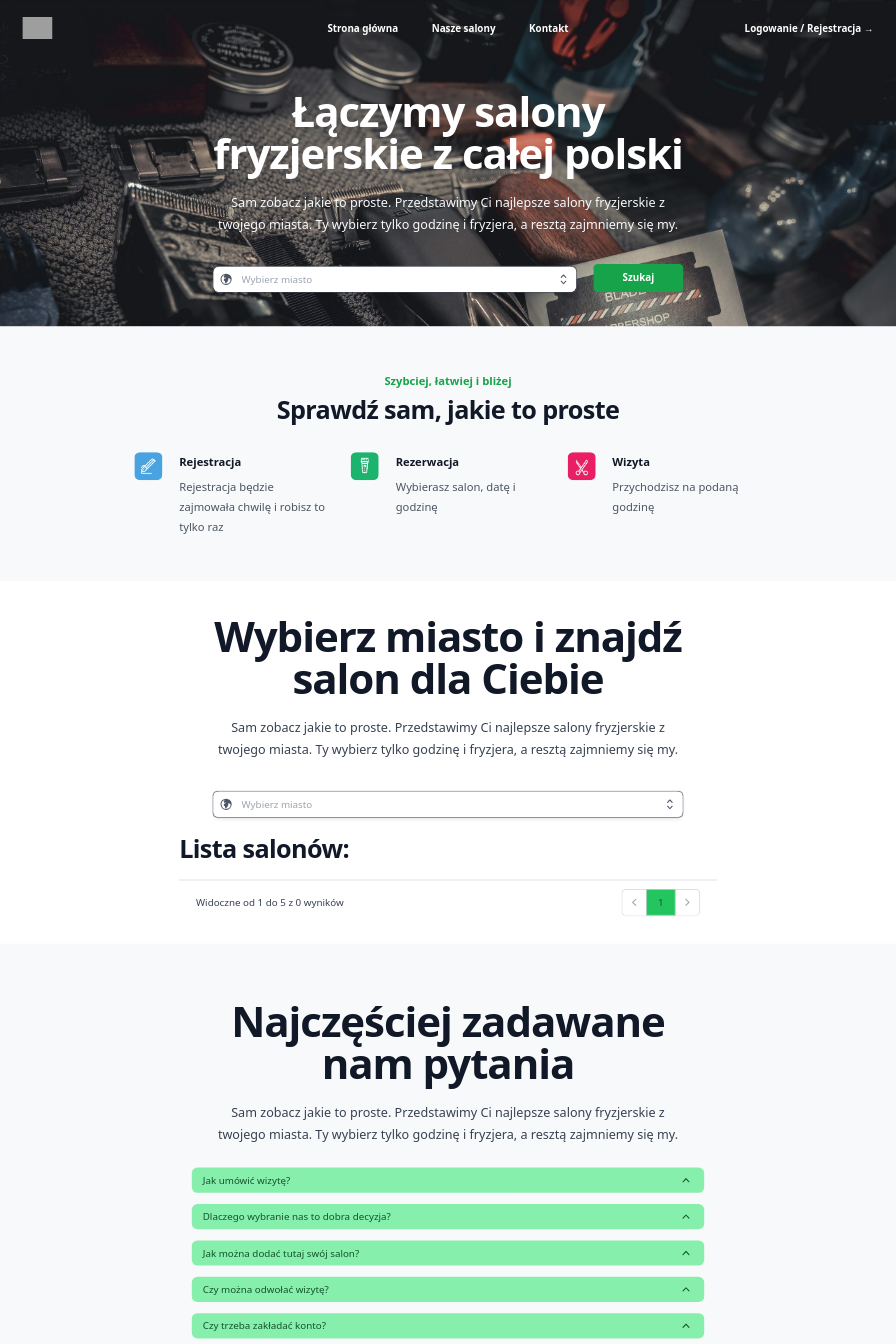
Repository: PrzemyslawJura/my-app
Page: / (app in frontend/)
An editor plug-in stored every save of this project. The page is shown before and after the next save, followed by the edit.
The browser window is 1280 px wide. The pictures show the part of the page from y = 0 to 1920 px (the page is 2697 px tall before and 2761 px after), at 70% of full size.
Pictures or frames that could not be fetched are drawn as grey boxes. The page's requests for data from a server got no answer. The project was rebuilt for these pictures with package versions that can differ from the ones it lists, and the page was loaded fresh each time. No one was signed in, and anything a server would have sent is missing. Also part of the build but not shown: frontend/src/home/Listbox.jsx, frontend/src/home/ListboxTime.jsx, frontend/src/home/StepOne.jsx, frontend/src/home/StepTwo.jsx, frontend/src/home/SalonOffer.jsx, frontend/src/components/Calendar.jsx, frontend/src/components/Tabs.jsx, frontend/src/biznes/CalendarOfWork.jsx and 17 more.

Above is the page before, as saved 2023-11-26 21:23:30.

### frontend/src/index.css
@tailwind base;
html {
  scroll-behavior: smooth;
}

@tailwind components;
@tailwind utilities;

### frontend/src/core/App.jsx
import BrowserRoutes from "./BrowserRoutes"
import FooterWithLogo from "./Footer"
import NavbarBiznes from "./NavbarBiznes";
import NavbarHome from "./NavbarHome";



export default function App() {
  let navigationBar = <NavbarHome/>
  function userIsLogin(user)
  {
    if (user == true) navigationBar = <NavbarBiznes/>
    else navigationBar = <NavbarHome/>
  }
  return (
    <>
      {userIsLogin(false)}
      {navigationBar}
      <BrowserRoutes/>
      <FooterWithLogo/>
    </>
  )
}

### frontend/src/core/BrowserRoutes.jsx
import Home from "../home/Home"
import CalendarOfWork from "../biznes/CalendarOfWork"
import SalonPage from "../biznes/SalonPage"
import Workers from "../biznes/Workers"
import { Route, Routes } from "react-router-dom"

export default function BrowserRoutes() {
  return (
      <Routes>
        <Route path="/" element={<Home/>}/>
        <Route path="/stronasalonu" element={<SalonPage/>}/>
        <Route path="/pracownicy" element={<Workers/>}/>
        <Route path="/kalendarz" element={<CalendarOfWork/>}/>
      </Routes>
  )
}

### frontend/src/core/Footer.jsx
import { Typography } from "@material-tailwind/react";

export default function FooterWithLogo() {
  return (
    <footer id="footer" className="w-full p-8 bg-slate-100">
      <div className="flex flex-row flex-wrap items-center justify-center gap-y-6 gap-x-12 text-center md:justify-between">
      <img
        className="h-8 w-auto"
        src="https://tailwindui.com/img/logos/mark.svg?color=green&shade=600"
        alt=""
      />
        <ul className="flex flex-wrap items-center gap-y-2 gap-x-8">
          <li>
            <Typography
              as="a"
              href="#"
              color="blue-gray"
              className="font-normal transition-colors hover:text-blue-500 focus:text-blue-500"
            >
              About Us
            </Typography>
          </li>
          <li>
            <Typography
              as="a"
              href="#"
              color="blue-gray"
              className="font-normal transition-colors hover:text-blue-500 focus:text-blue-500"
            >
              License
            </Typography>
          </li>
          <li>
            <Typography
              as="a"
              href="#"
              color="blue-gray"
              className="font-normal transition-colors hover:text-blue-500 focus:text-blue-500"
            >
              Contribute
            </Typography>
          </li>
          <li>
            <Typography
              as="a"
              href="#"
              color="blue-gray"
              className="font-normal transition-colors hover:text-blue-500 focus:text-blue-500"
            >
              Contact Us
            </Typography>
          </li>
        </ul>
      </div>
      <hr className="my-8 border-blue-gray-50" />
      <Typography color="blue-gray" className="text-center font-normal">
        &copy; 2023 Material Tailwind
      </Typography>
    </footer>
  );
}

### frontend/src/core/NavbarHome.jsx
import { useState } from 'react'
import { Dialog } from '@headlessui/react'
import { Bars3Icon, XMarkIcon } from '@heroicons/react/24/outline'
import Login from '../home/Login'
import ForgetPass from '../home/ForgetPass'
import SigninChose from '../home/SigninChose'
import SigninPerson from '../home/SigninPerson'
import SigninBiznes from '../home/Signinbiznes'


const navigation = [
    { name: 'Strona główna', href: '#' },
    { name: 'Nasze salony', href: '#salons' },
    { name: 'Kontakt', href: '#footer' }
  ]

export default function NavbarHome() {
    const [mobileMenuOpen, setMobileMenuOpen] = useState(false)
    const [isShown, setIsShown] = useState(0);

    return (
<header className="absolute inset-x-0 top-0 z-50">
<nav className="flex items-center justify-between p-6 lg:px-8" aria-label="Global">
  <div className="flex lg:flex-1">
    <a href="#" className="-m-1.5 p-1.5">
      <span className="sr-only">Logo</span>
      <img
        className="h-8 w-auto"
        src="https://tailwindui.com/img/logos/mark.svg?color=green&shade=600"
        alt=""
      />
    </a>
  </div>
  <div className="flex lg:hidden">
    <button
      type="button"
      className="-m-2.5 inline-flex items-center justify-center rounded-md p-2.5 text-white"
      onClick={() => setMobileMenuOpen(true)}
    >
      <span className="sr-only">Otwórz pasek menu</span>
      <Bars3Icon className="h-6 w-6" aria-hidden="true" />
    </button>
  </div>
  <div className="hidden lg:flex lg:gap-x-12">
    {navigation.map((item) => (
      <a key={item.name} href={item.href} className="text-sm font-bold leading-6 text-white">
        {item.name}
      </a>
    ))}
  </div>
  <div onClick={() => setIsShown(1)} className="hidden lg:flex lg:flex-1 lg:justify-end">
    <a className="cursor-pointer text-sm font-bold leading-6 text-white">
      Logowanie / Rejestracja <span aria-hidden="true">&rarr;</span>
    </a>
  </div>
</nav>
<Dialog as="div" className="lg:hidden" open={mobileMenuOpen} onClose={setMobileMenuOpen}>
  <div className="fixed inset-0 z-50" />
  <Dialog.Panel className="fixed inset-y-0 right-0 z-50 w-full overflow-y-auto bg-white px-6 py-6 sm:max-w-sm sm:ring-1 sm:ring-gray-900/10">
    <div className="flex items-center justify-between">
      <a href="#" className="-m-1.5 p-1.5">
        <span className="sr-only">Logo</span>
        <img
          className="h-8 w-auto"
          src="https://tailwindui.com/img/logos/mark.svg?color=indigo&shade=600"
          alt=""
        />
      </a>
      <button
        type="button"
        className="-m-2.5 rounded-md p-2.5 text-gray-700"
        onClick={() => setMobileMenuOpen(false)}
      >
        <span className="sr-only">Zamknij menu</span>
        <XMarkIcon className="h-6 w-6" aria-hidden="true" />
      </button>
    </div>
    <div className="mt-6 flow-root">
      <div className="-my-6 divide-y divide-gray-500/10">
        <div className="space-y-2 py-6">
          {navigation.map((item) => (
            <a
              key={item.name}
              href={item.href}
              className="-mx-3 block rounded-lg px-3 py-2 text-base font-semibold leading-7 text-gray-900 hover:bg-gray-50"
            >
              {item.name}
            </a>
          ))}
        </div>
        <div className="py-6">
          <a
            className="-mx-3 block rounded-lg px-3 py-2.5 text-base font-semibold leading-7 text-gray-900 hover:bg-gray-50"
          >
            Logowanie / Rejestracja
          </a>
        </div>
      </div>
    </div>
  </Dialog.Panel>
</Dialog>


{isShown == 1 && <Login setIsShown={setIsShown} />}
{isShown == 2 && <ForgetPass setIsShown={setIsShown} />}
{isShown == 3 && <SigninChose setIsShown={setIsShown} />}
{isShown == 4 && <SigninPerson setIsShown={setIsShown} />}
{isShown == 5 && <SigninBiznes setIsShown={setIsShown} />}

</header>
    )}

### frontend/src/home/Home.jsx
import Location from '../components/Location'
import Feature from './Feature'
import ListOfSalons from './ListOfSalons'
import Faq from './Faq'
import Stats from './Stats'
import MainButton from '../shared_np_buttony_inputy_kalendarze_itp/MainButton'
import TitleAndParagraph from '../shared_np_buttony_inputy_kalendarze_itp/TitleAndParagraph'
import { useState } from 'react'

const mainTitle = 'Łączymy salony fryzjerskie z całej polski';
const mainParagraph = 'Sam zobacz jakie to proste. Przedstawimy Ci najlepsze salony fryzjerskie z twojego miasta. Ty wybierz tylko godzinę i fryzjera, a resztą zajmniemy się my.';
const searchTitle = 'Wybierz miasto i znajdź salon dla Ciebie';
const searchParagraph = 'Sam zobacz jakie to proste. Przedstawimy Ci najlepsze salony fryzjerskie z twojego miasta. Ty wybierz tylko godzinę i fryzjera, a resztą zajmniemy się my.';


export default function Home() {
  const [search, setSearch] = useState("");
  return (
    <>
      <div className='min-h-screen bg-bgGray'>
        <div className="relative isolate bg-main-image bg-cover">
          <div className="mx-auto max-w-2xl pt-20 lg:pt-32 pb-12 text-center">
            <TitleAndParagraph title = {mainTitle} paragraph={mainParagraph} h1Color="text-white" pColor="text-slate-50"/>
            <div className="mt-10 flex items-center justify-center gap-x-6">
              <Location setSearch={setSearch} search={search}></Location>
              <a href="#salons">
                <MainButton text="Szukaj"/>
              </a>
            </div>
          </div>
        </div>
        <Feature></Feature>
      </div>

      <div id="salons" className="mx-auto max-w-2xl pt-10 lg:pt-12 pb-4 text-center">
        <TitleAndParagraph title = {searchTitle} paragraph={searchParagraph} h1Color="text-gray-900" pColor="text-gray-700"/>
        <div className="mt-10 flex items-center justify-center gap-x-6">
          <Location setSearch={setSearch}  search={search}></Location>
          {/*<MainButton text="Szukaj"/>*/}
        </div>
      </div>

      <div className='w:4/5 lg:w-3/5 m-auto'>
        <ListOfSalons search={search}/>
      </div>

      <Faq></Faq>
      <Stats></Stats>
    </>
  )
}

### frontend/src/home/Feature.jsx
import stepone from '../assets/stepone.jpg'
import steptwo from '../assets/steptwo.jpg'
import stepthree from '../assets/stepthree.jpg'

const features = [


  {
    name: 'Rejestracja',
    description:
      'Rejestracja będzie zajmowała chwilę i robisz to tylko raz',
    icon: stepone,
  },
  {
    name: 'Rezerwacja',
    description:
      'Wybierasz salon, datę i godzinę',
    icon: steptwo,
  },
  {
    name: 'Wizyta',
    description:
      'Przychodzisz na podaną godzinę',
    icon: stepthree,
  },
]

export default function Feature() {
  return (
    <div className="py-8 lg:py-16">
      <div className="mx-auto max-w-7xl px-6 lg:px-8">
        <div className="mx-auto max-w-xl lg:text-center">
          <h2 className="text-base font-semibold leading-7 text-green-600">Szybciej, łatwiej i bliżej</h2>
          <p className="mt-2 text-3xl font-bold tracking-tight text-gray-900 sm:text-4xl">
            Sprawdź sam, jakie to proste
          </p>
        </div>
        <div className="mx-auto mt-10 max-w-2xl lg:max-w-4xl">
          <dl className="grid max-w-2xl grid-cols-1 gap-x-8 gap-y-10 lg:max-w-none lg:grid-cols-3 lg:gap-y-16">
            {features.map((feature) => (
              <div key={feature.name} className="relative pl-16">
                <dt className="text-base font-semibold leading-7 text-gray-900">
                  <div className="absolute left-0 top-0 flex h-10 w-10 items-center justify-center  ">
                      <img className='rounded-lg h-10 w-10' src={feature.icon}></img>
                  </div>
                  {feature.name}
                </dt>
                <dd className="mt-2 text-base leading-7 text-gray-600">{feature.description}</dd>
              </div>
            ))}
          </dl>
        </div>
      </div>
    </div>
  )
}

### frontend/src/home/ListOfSalons.jsx
import Pagination from './Pagination';
import SalonOffer from './SalonOffer';
import { useEffect, useState } from 'react';



  export default function ListOfSalons({search}) {
    const [result, setResolut] = useState(()=> {return 0});
    const [salons, setSalons] = useState([]);
    const [page, setPage] = useState(1);
    useEffect(() => {
      if (search == "")
      {
        setResolut(salons.length)
      }
      else
      {
        console.log(search)
        setResolut((salons.filter(item=>item.address.city.cityName.includes(search.cityName)).length))
      }

      console.log(result)
    })
    const searchCity = ()=>
    {
        if (search == "")
        {
          console.log(salons.filter(item=>item.address.city.cityName.includes("")));
          return salons.filter(item=>item.address.city.cityName.includes(""))
        }
        console.log("page"+page);
        return salons.filter(item=>item.address.city.cityName.includes(search.cityName));
    }

    useEffect(() => {
      fetch('https://localhost:7230/Salons')
        .then((res) => res.json())
        .then((result) => {
          setSalons(result);
          console.log(result)
        });
    }, [])

    return (
      <>
        <div className="flex items-baseline justify-between border-b border-gray-200 pb-6">
          <h1 className="text-4xl font-bold tracking-tight text-gray-900 mt-2">Lista salonów:</h1>
            <div className="flex items-center">
             {/* <Dropdown title="Sortuj" options={sortOptions}/>*/}
            </div>
        </div>
        <ul role="list" className="divide-y divide-gray-100">
          {searchCity(salons).slice(5*page-5,5*page).map((person) => (
            <li key={person.id} className="flex justify-between gap-x-6 py-5">
              <SalonOffer person={person}/>
            </li>
          ))}
        </ul>
        <Pagination result={result} setPage={setPage} page={page}></Pagination>
        {console.log("page"+page)}
      </>
    )
  }

### frontend/src/home/Faq.jsx
import { Disclosure } from '@headlessui/react'
import { ChevronUpIcon } from '@heroicons/react/20/solid'

const questions = [
    {
        question: "Jak umówić wizytę?",
        answer: "To takie proste",
    },
    {
        question: "Dlaczego wybranie nas to dobra decyzja?",
        answer: "To takie prost",
    },
    {
        question: "Jak można dodać tutaj swój salon?",
        answer: "To takie prost",
    },
    {
        question: "Czy można odwołać wizytę?",
        answer: "To takie prost",
    },
    {
        question: "Czy trzeba zakładać konto?",
        answer: "To takie prost",
    },
    {
        question: "Czy trzeba coś dodatkowo płacić za korzystanie z aplkacji?",
        answer: "To takie prost",
    },
]

export default function Faq() {
  return (
    <div className="w-full px-4 pt-6 pb-12 bg-bgGray">
      <div className="mx-auto w-3/5 rounded-2xl p-2">

      <div className="mx-auto max-w-2xl pt-10 lg:pt-12 pb-4">
          <div className="text-center">
            <h1 className="text-4xl font-bold tracking-tight text-gray-900 sm:text-6xl">
              Najczęściej zadawane nam pytania
            </h1>
            <p className="mt-6 text-lg leading-8 text-gray-700">
              Sam zobacz jakie to proste. Przedstawimy Ci najlepsze salony fryzjerskie z twojego miasta.
              Ty wybierz tylko godzinę i fryzjera, a resztą zajmniemy się my.
            </p>
            </div>
        </div>


        {questions.map((q) =>(
            <Disclosure>
            {({ open }) => (
                <>
                <Disclosure.Button className="my-4 flex w-full justify-between rounded-lg bg-green-300 px-4 py-2 text-left text-sm font-medium text-green-900 hover:bg-green-400 focus:outline-none focus-visible:ring focus-visible:ring-green-500 focus-visible:ring-opacity-75">
                    <span>{q.question}</span>
                    <ChevronUpIcon
                    className={`${
                        open ? 'rotate-180 transform' : ''
                    } h-5 w-5 text-grren-500`}
                    />
                </Disclosure.Button>
                <Disclosure.Panel className="px-4 pt-4 pb-2 text-sm text-gray-600">
                    {q.answer}
                </Disclosure.Panel>
                </>
            )}
            </Disclosure>
        ))}
      </div>
    </div>
  )
}

### frontend/src/home/Stats.jsx
const stats = [


    { id: 1, name: 'Liczba salonów w Polsce', value: '44 million' },
    { id: 2, name: 'Liczba umówionych wizyt', value: '119 trillion' },
    { id: 3, name: 'Nowych użytkowników', value: '46,000' },
  ]

  export default function Stats() {
    return (
      <div className="bg-white py-20">

        <div className="mx-auto max-w-2xl pb-4">
          <div className="text-center">
            <h1 className="text-4xl font-bold tracking-tight text-gray-900 sm:text-6xl">
              Możemy pochwalić się takimi statystykami
            </h1>
            <p className="mt-6 text-lg leading-8 text-gray-700">
              Sam zobacz jakie to proste. Przedstawimy Ci najlepsze salony fryzjerskie z twojego miasta.
              Ty wybierz tylko godzinę i fryzjera, a resztą zajmniemy się my.
            </p>
            </div>
        </div>

        <div className="mx-auto max-w-7xl px-6 lg:px-8">
          <dl className="grid grid-cols-1 gap-x-8 gap-y-16 text-center lg:grid-cols-3">
            {stats.map((stat) => (
              <div key={stat.id} className="mx-auto flex max-w-xs flex-col gap-y-4">
                <dt className="text-base leading-7 text-gray-600">{stat.name}</dt>
                <dd className="order-first text-3xl font-semibold tracking-tight text-gray-900 sm:text-5xl">
                  {stat.value}
                </dd>
              </div>
            ))}
          </dl>
        </div>
      </div>
    )
  }

### frontend/src/shared_np_buttony_inputy_kalendarze_itp/MainButton.jsx
export default function MainButton({text}) {
    return (
        <button
        type="submit"
        className="w-20 sm:w-32 flex-none rounded-md bg-green-600 px-3.5 py-2.5 text-sm font-semibold max-h-10 my-auto
                   text-white shadow-sm hover:bg-green-400 focus-visible:outline focus-visible:outline-2
                   focus-visible:outline-offset-2 focus-visible:outline-indigo-500"
        >
        {text}
        </button>
    )}

### frontend/src/shared_np_buttony_inputy_kalendarze_itp/TitleAndParagraph.jsx
export default function TitleAndParagraph({title, paragraph, h1Color, pColor}) {
    return (
        <>
            <h1 className={"text-4xl font-bold tracking-tight sm:text-6xl " + h1Color}>
                {title}
            </h1>
            <p className={"mt-6 text-lg leading-8 " + pColor}>
                {paragraph}
            </p>
        </>
    )}

### frontend/src/home/Pagination.jsx
import { ChevronLeftIcon, ChevronRightIcon } from '@heroicons/react/20/solid'
import PaginationTile from '../shared_np_buttony_inputy_kalendarze_itp/PaginationTile'
import { useState } from 'react'

export default function Pagination({result, setPage, page}) {
  const [ count, setCount ] =useState([])
  function paginationCount(result)
  {
    result=(result+5)/5
    for (let x = 1; x <= result; x++)
    {
      count.push(x)
      console.log(x)
    }
  }

  function paginationCountRemover(result)
  {
    result=(result+5)/5
    for (let x = 1; x <= result; x++)
    {
      count.pop(x)
    }
  }

  return (
    <div className="flex items-center justify-between border-t border-gray-200 bg-white px-4 pt-3 pb-10 sm:px-6">
      {paginationCount(result)}
      <div className="flex flex-1 justify-between sm:hidden">
        <PaginationTile title="Poprzednie" rounded="rounded-md"/>
        <PaginationTile title="Następny" rounded="rounded-md"/>
      </div>
      <div className="hidden sm:flex sm:flex-1 sm:items-center sm:justify-between">
        <div>
          <p className="text-sm text-gray-700">
            Widoczne od <span className="font-medium">1</span> do <span className="font-medium">5</span> z{' '}
            <span className="font-medium">{result}</span> wyników
          </p>
        </div>
        <nav className=" inline-flex -space-x-px rounded-md shadow-sm" aria-label="Pagination">
            <a
              onClick={page > 1 ? () => setPage((prev)=>prev-1) : () => setPage(1)}
              className="inline-flex items-center rounded-l-md px-2 py-2 text-gray-400 ring-1 ring-inset ring-gray-300 hover:bg-gray-100 focus:z-20 focus:outline-offset-0"
            >
              <span className="sr-only">Poprzedni</span>
              <ChevronLeftIcon className="h-5 w-5" aria-hidden="true" />
            </a>
            {count.map((item) =>(
              <PaginationTile title={item} rounded="" setPage={setPage} page={page}/>
            ))}

            <a
              onClick={page < count.length ? () => setPage((prev)=>prev+1) : console.log()}
              className="inline-flex items-center rounded-r-md px-2 py-2 text-gray-400 ring-1 ring-inset ring-gray-300 hover:bg-gray-100 focus:z-20 focus:outline-offset-0"
            >
              <span className="sr-only">Następna</span>
              <ChevronRightIcon className="h-5 w-5" aria-hidden="true" />
            </a>
          </nav>
      </div>
      {paginationCountRemover(result)}
    </div>
  )
}

### frontend/src/shared_np_buttony_inputy_kalendarze_itp/PaginationTile.jsx
import { useEffect, useState } from 'react'

export default function PaginationTile({title, rounded, setPage, page}) {
    return (
      <>
          <a
            onClick={() => setPage(title)}
            className={"cursor-pointer inline-flex items-center border border-gray-300 px-4 py-2 text-sm font-medium text-gray-700 hover:bg-gray-100 "
             + rounded + `${page === title ? " bg-green-500" : ""}`}
          >
            {title}
          </a>
      </>
    )}

Loaded but not shown: frontend/public/index.html (common file); frontend/src/reportWebVitals.js (common file); frontend/src/index.js (20 lines, source omitted); frontend/tailwind.config.js (19 lines, source omitted); frontend/src/core/NavbarBiznes.jsx (144 lines, source omitted); frontend/src/components/Location.jsx (102 lines, source omitted)

After the next save:
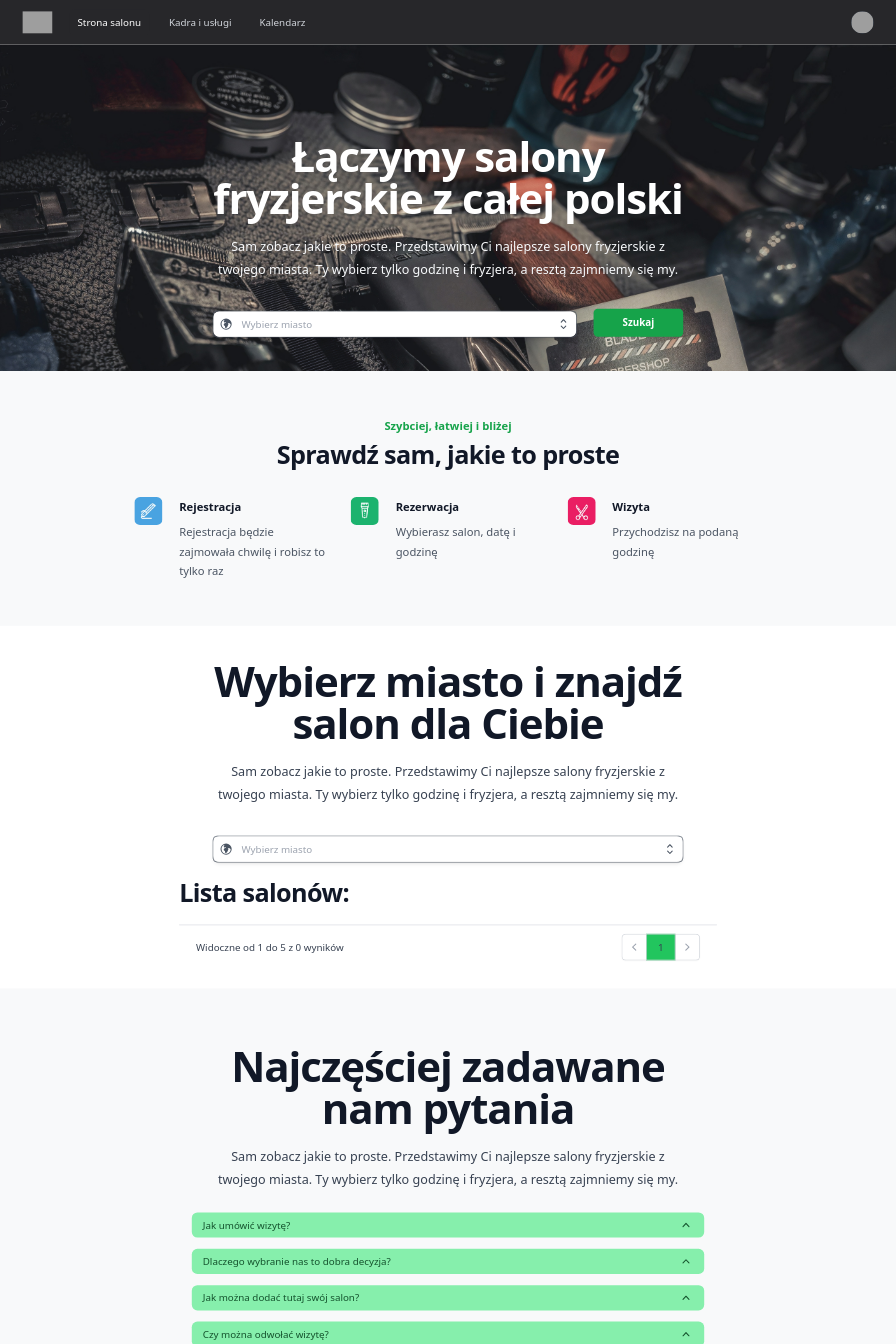
Saved 105 s later.
--- a/frontend/src/core/App.jsx
+++ b/frontend/src/core/App.jsx
@@ -9,7 +9,7 @@ export default function App() {
   let navigationBar = <NavbarHome/>
   function userIsLogin(user)
   {
-    if (user == true) navigationBar = <NavbarBiznes/>
+    if (user == false) navigationBar = <NavbarBiznes/>
     else navigationBar = <NavbarHome/>
   }
   return (
